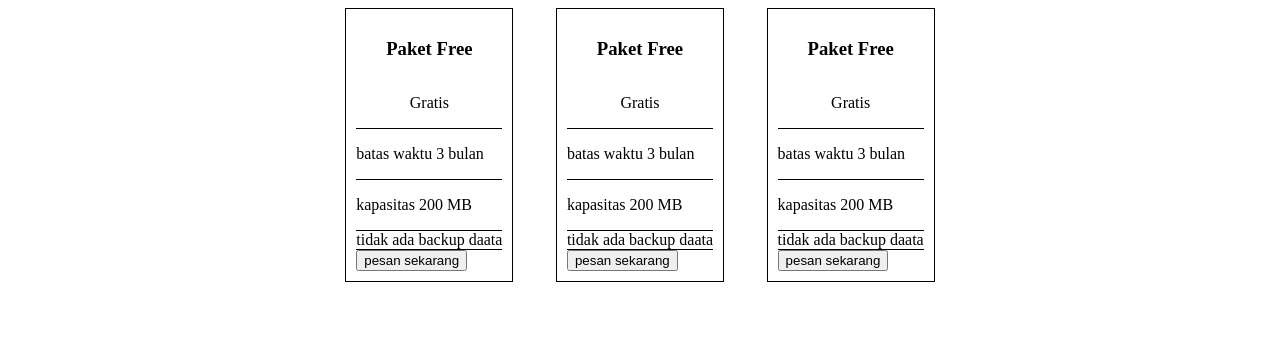
Repository: AHSANS354/tugas-sib5
Page: tugas css/index.html
The author's editor kept a copy of each file at every save. The page is drawn from the files as they stood at one save, then again after the next save.
The browser window is 1280 px wide. The pictures show the whole page.

Above is the page before, as saved 2023-08-29 15:07:09.

After the next save:
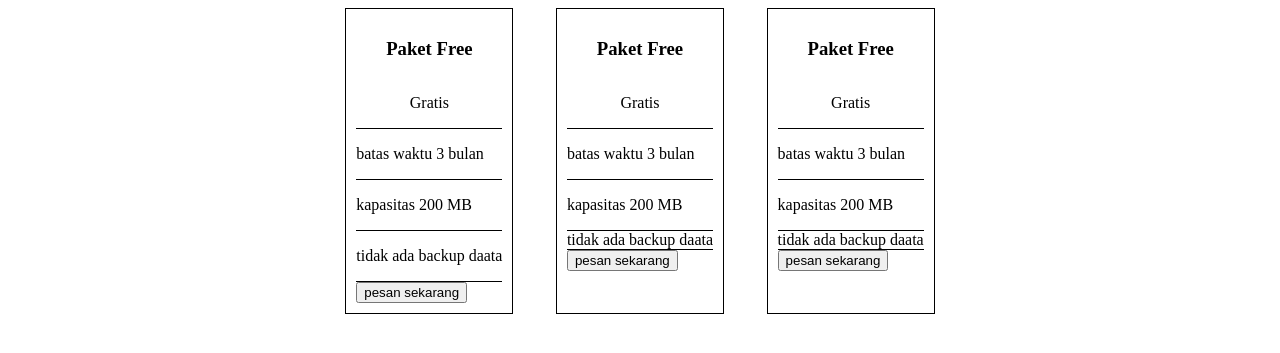
Saved 64 s later.
--- a/tugas css/index.html
+++ b/tugas css/index.html
@@ -66,7 +66,9 @@
               <div>
                 <p>kapasitas 200 MB</p>
               </div>
-              <div>tidak ada backup daata</div>
+              <div>
+                <p>tidak ada backup daata</p>
+              </div>
               <div>
                 <button type="button">pesan sekarang</button>
               </div>
